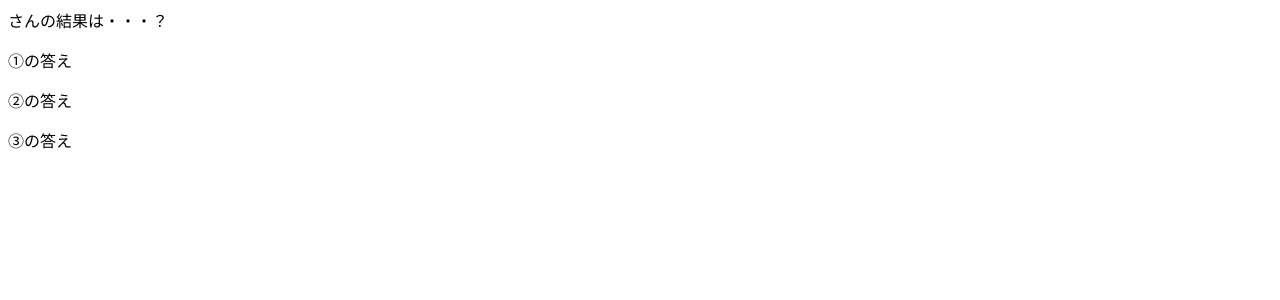
Repository: natuki-i/curriculum
Page: http://localhost/answer.php
These files come from the project's save history. The page is drawn as it stood at one moment and after the next save; the edit follows.
The browser window is 1280 px wide. The pictures show the whole page.
The page is run by PHP 8.4 with error messages shown; the project is at /var/www/html/.

Above is the page before, as saved 2022-12-31 22:24:23.

### PHPjob/3-4/answer.php
<?php
//[question.php]から送られてきた名前の変数、選択した回答、問題の答えの変数を作成

//選択した回答と正解が一致していれば「正解！」、一致していなければ「残念・・・」と出力される処理を組んだ関数を作成する

?>
<p>
    <!--POST通信で送られてきた名前を表示-->さんの結果は・・・？
</p>
<p>①の答え</p>
<!--作成した関数を呼び出して結果を表示-->

<p>②の答え</p>
<!--作成した関数を呼び出して結果を表示-->

<p>③の答え</p>
<!--作成した関数を呼び出して結果を表示-->

After the next save:
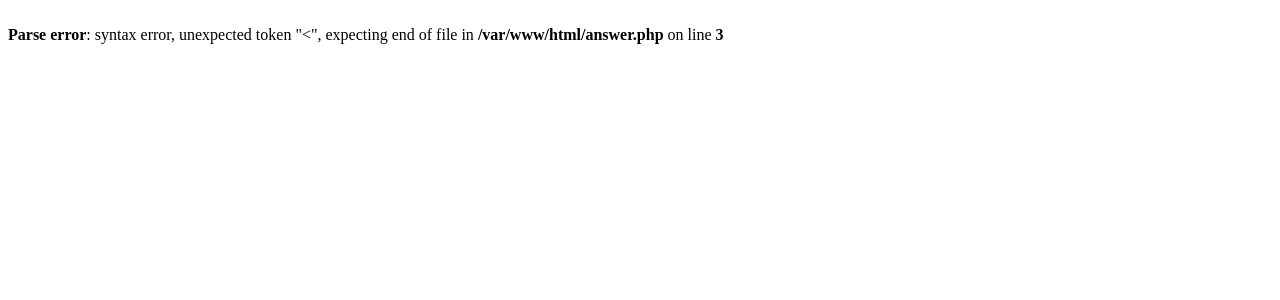
Saved 4 min 49 s later.
--- a/PHPjob/3-4/answer.php
+++ b/PHPjob/3-4/answer.php
@@ -1,5 +1,13 @@
 <?php
 //[question.php]から送られてきた名前の変数、選択した回答、問題の答えの変数を作成
+<?php
+$answer1 = $_POST['answer1'];
+$answer2 = $_POST['answer2'];
+$answer3 = $_POST['answer3'];
+
+
+
+
 
 //選択した回答と正解が一致していれば「正解！」、一致していなければ「残念・・・」と出力される処理を組んだ関数を作成する
 
